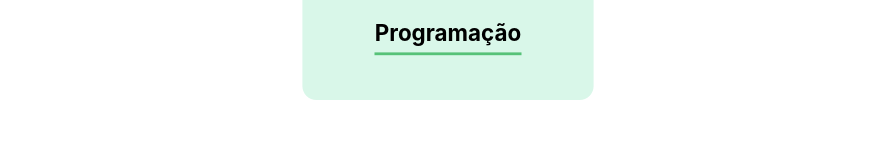
Repository: guilhermecardoso93/organo
Page: /
An editor plug-in stored every save of this project. The page is shown before and after the next save, followed by the edit.
The browser window is 1280 px wide. The pictures show the part of the page from y = 2867 to 4787 px (the page is 3090 px tall before and 12723 px after), at 70% of full size.
The project was rebuilt for these pictures with package versions that can differ from the ones it lists, and the page was loaded fresh each time. Also part of the build but not shown: src/components/Times/components/Card/styles.css, src/components/Times/components/Card/index.js.

Above is the page before, as saved 2024-05-27 19:02:57.

After the next save:
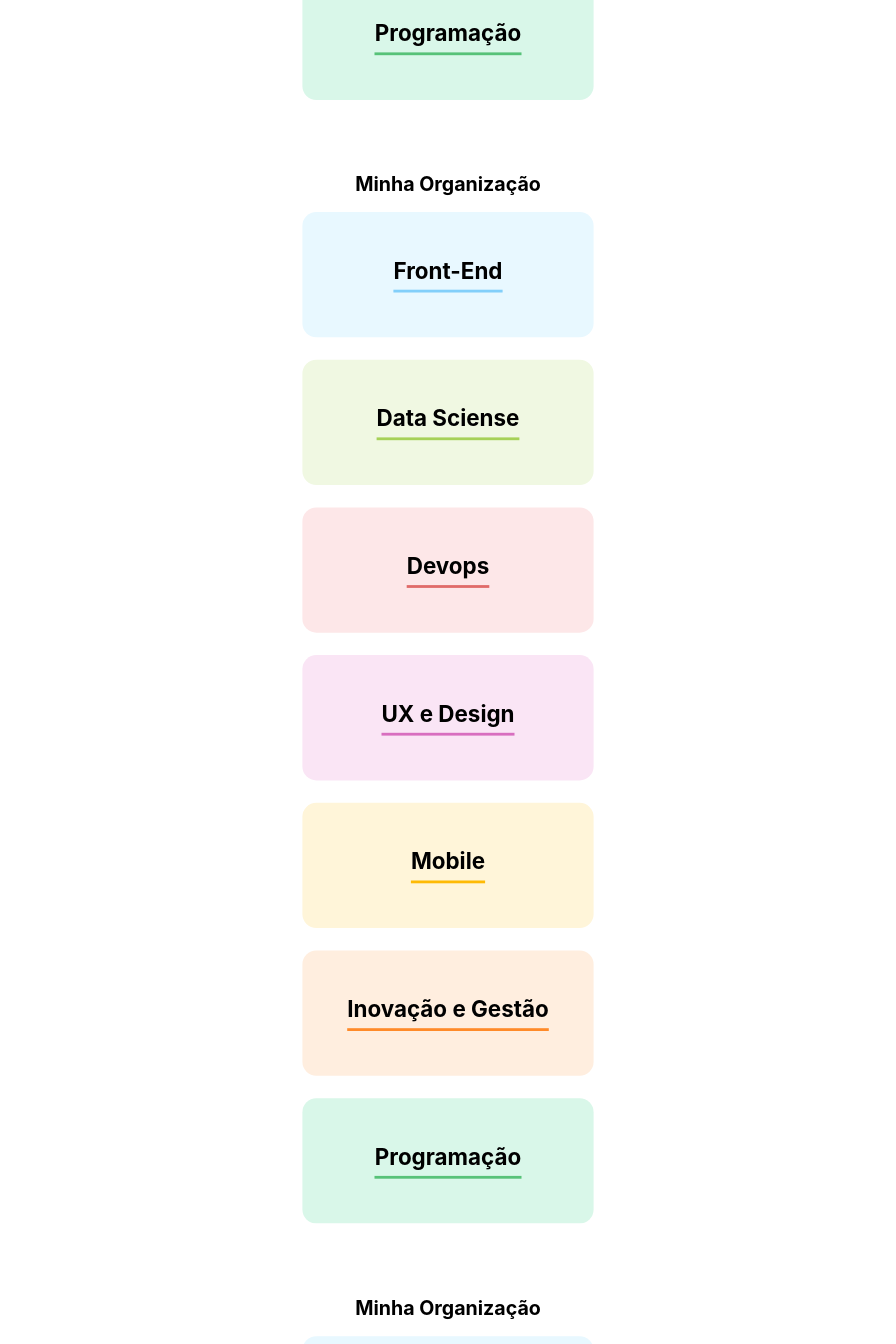
Saved 54 s later.
--- a/src/App.js
+++ b/src/App.js
@@ -57,8 +57,17 @@
           handleNewColaboradores(colaborador)
         }
       />
-
-      <Times colaboradores={colaboradores}/>
+      {times.map((time) => (
+        <Times
+          key={time.nome}
+          nome={time.nome}
+          corPrimaria={time.corPrimaria}
+          corSecundaria={time.corSecundaria}
+          colaboradores={colaboradores.filter(
+            (colaborador) => colaborador.time === time.nome
+          )}
+        />
+      ))}
     </div>
   );
 }

After the 6 saves that followed:
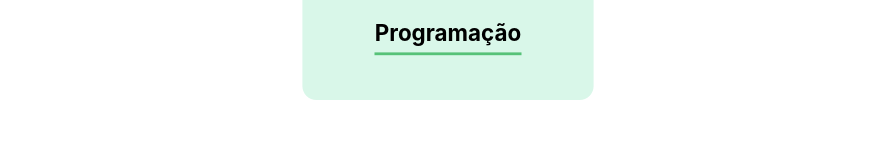
The 6 saves are shown as one change because 2 did not build or start and 3 left the picture as it was.
The last was saved 2 min 5 s later.
--- a/src/App.js
+++ b/src/App.js
@@ -57,17 +57,8 @@
           handleNewColaboradores(colaborador)
         }
       />
-      {times.map((time) => (
-        <Times
-          key={time.nome}
-          nome={time.nome}
-          corPrimaria={time.corPrimaria}
-          corSecundaria={time.corSecundaria}
-          colaboradores={colaboradores.filter(
-            (colaborador) => colaborador.time === time.nome
-          )}
-        />
-      ))}
+
+      <Times colaboradores={colaboradores}/>
     </div>
   );
 }
--- a/src/components/Times/index.js
+++ b/src/components/Times/index.js
@@ -1,5 +1,3 @@
-import Imagem from "../../assets/imagens/logo.png";
-
 import { Time } from "./components/Time";
 
 import "./styles.css";
